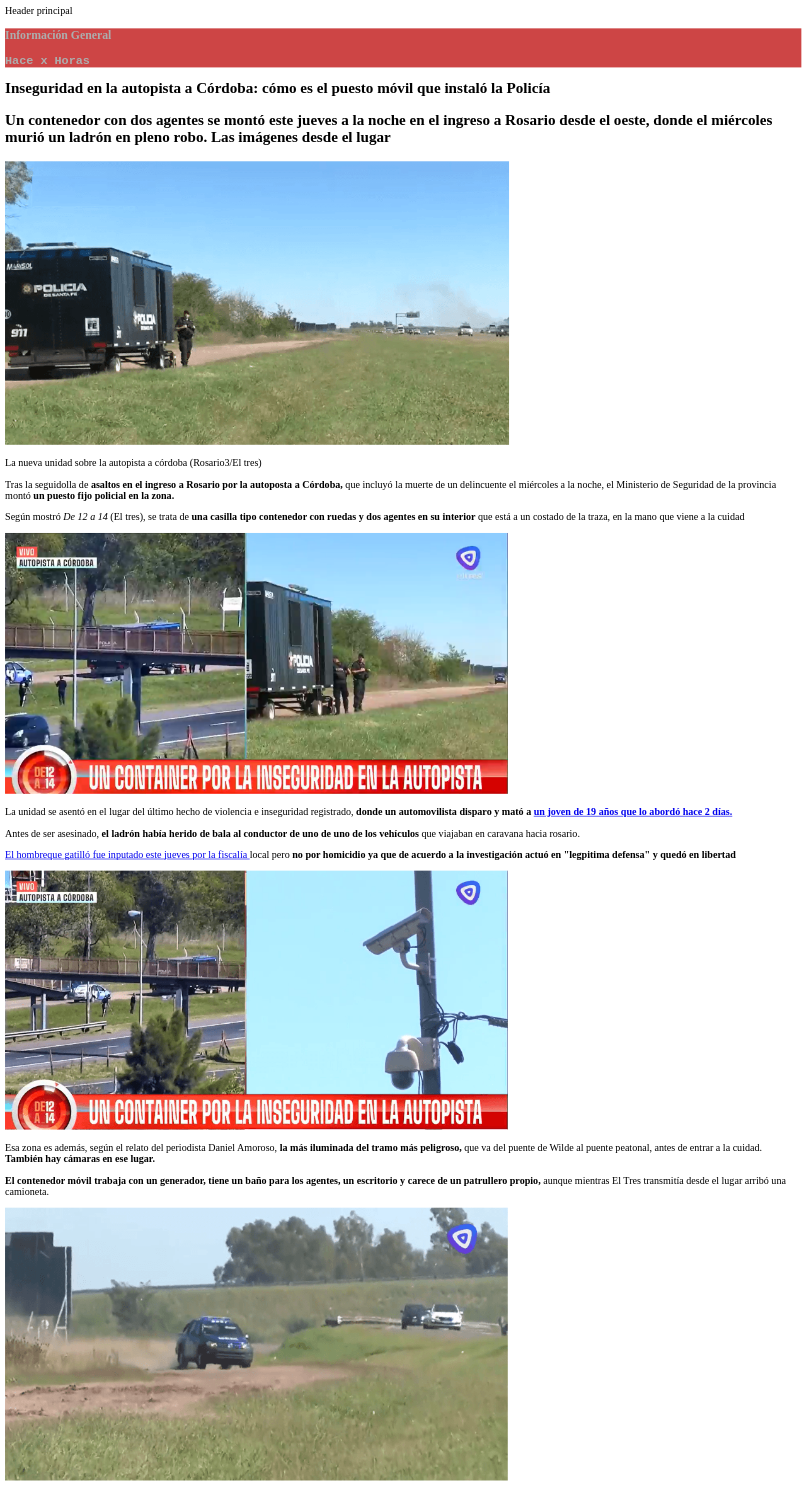
Repository: Larrowo/LPPA
Page: Clase 2/index.html
These files come from the project's save history. The page is drawn as it stood at one moment and after the next save; the edit follows.
The browser window is 1280 px wide. The pictures show the whole page, at 63% of full size.

Above is the page before, as saved 2022-04-16 16:39:49.

After the next save:
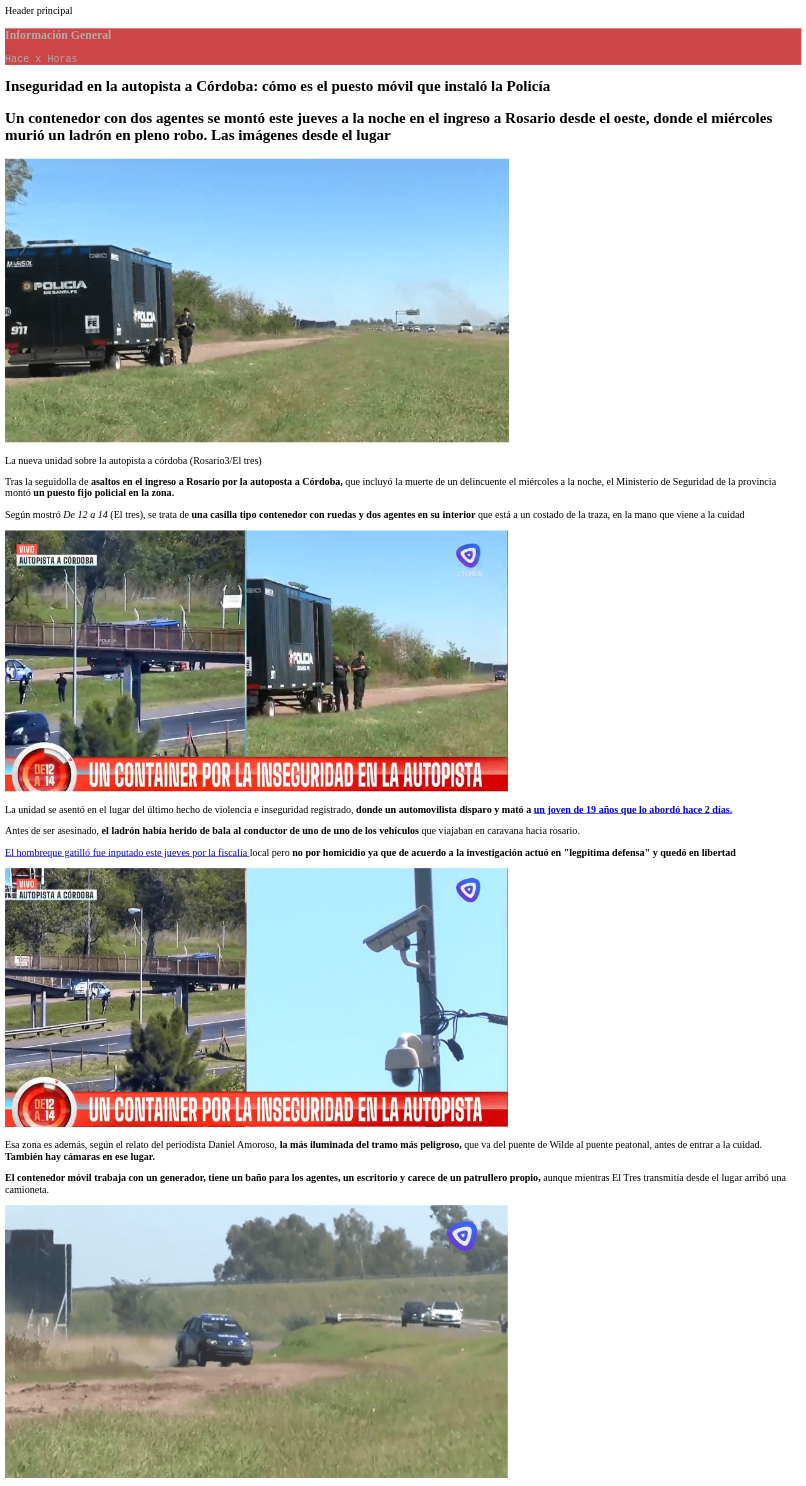
Saved 90 s later.
--- a/Clase 2/index.html
+++ b/Clase 2/index.html
@@ -18,9 +18,9 @@
                     <div class="volanta">
                         <h3 class="claseNoticia">
                             <a class="linkClaseNoticia" href="https://www.rosario3.com/seccion/informacion-general" style="text-decoration:none">Información General</a>
-                            <p class="fecha-nota"><time>Hace x Horas</time></p>
+                        </h3>
+                        <p class="fecha-nota"><time>Hace x Horas</time></p>
 
-                        </h3>
                     </div>
                     <h1>
                         Inseguridad en la autopista a Córdoba: cómo es el puesto móvil que instaló la Policía
